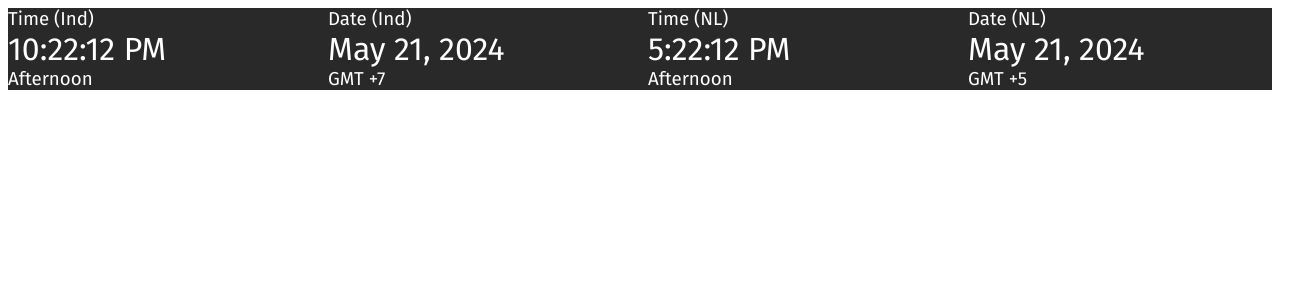
Repository: SnakeXrnt/notion-clock
Page: index.html
These files come from the project's save history. The page is drawn as it stood at one moment and after the next save; the edit follows.
The browser window is 1280 px wide. The page is 1288 px wide, then 1300 px, so the pictures cover 1300 px, including what lies to the right of the window. The pictures show the whole page.

Above is the page before, as saved 2024-05-21 15:34:23.

### index.html
<!DOCTYPE html>
<html lang="en">
<head>
    <meta charset="UTF-8">
    <meta name="viewport" content="width=device-width, initial-scale=1.0">
    <title>Notion Dashboard VP</title>
    <link rel="preconnect" href="https://fonts.googleapis.com">
    <link rel="preconnect" href="https://fonts.gstatic.com" crossorigin>
    <link href="https://fonts.googleapis.com/css2?family=Fira+Sans:ital,wght@0,100;0,200;0,300;0,400;0,500;0,600;0,700;0,800;0,900;1,100;1,200;1,300;1,400;1,500;1,600;1,700;1,800;1,900&display=swap" rel="stylesheet">
    <link rel="stylesheet" href="style.css">
    <script src="script.js" defer></script>
</head>
<body>
    <div class="main">
        <div class="time">
            <div class="indonesia">
                <div class="left">
                    <h3>Time (Ind)</h3>
                    <h1 class="time-now-ind">time-now-idn</h1>
                    <h3 class="status-ind">status-ind</h3>
                </div>
                <div class="right">
                    <h3>Date (Ind)</h3>
                    <h1 class="date-now-ind">date-now-idn</h1>
                    <h3>GMT +7</h3>

                </div>
            </div>
            <div class="netherlands">
                <div class="left">
                    <h3>Time (NL)</h3>
                    <h1 class="time-now-nl">time-now-nl</h1>
                    <h3 class="status-nl">
                        status-nl
                    </h3>
                </div>
                <div class="right">
                    <h3>Date (NL)</h3>
                    <h1 class="date-now-nl">date-now-nl</h1>
                    <h3>GMT +5</h3>

                </div>
            </div>

        </div>
        <div id="weather-info">
            <!-- Weather forecast will be displayed here -->
        </div>
    </div>
</body>
</html>

### style.css
.main {
    display: flex;
    flex-direction: column;
    background-color: rgb(42, 41, 41);
    border: ;
}

.time {
    display: flex;
    width: 100%;
    justify-content: space-evenly;
}

.time .left, .right {
    width: 25vw;
    height: max-content;
    justify-content: space-evenly;

}

.time .indonesia, .netherlands {
    display: flex;
}



.time h1, h2, h3 {
    margin: 0px;
    font-family: "Fira Sans", sans-serif;
    font-weight: 400;
    font-style: normal;
    color: white;
}

body {
    overflow-x: hidden;
}

### script.js
document.addEventListener("DOMContentLoaded", function() {
    function getStatus(time) {
        let status = '';
        const hour = time.getHours();

        if (hour >= 5 && hour < 7) {
            status = 'Dawn';
        } else if (hour >= 7 && hour < 12) {
            status = 'Morning';
        } else if (hour >= 12 && hour < 15) {
            status = 'Mid-day';
        } else if (hour >= 15 && hour < 18) {
            status = 'Afternoon';
        } else if (hour >= 18 && hour < 21) {
            status = 'Evening';
        } else {
            status = 'Mid-night';
        }

        return status;
    }

    function updateTimeAndDate(countryCode, timeElementClass, dateElementClass, statusElementClass) {
        const now = new Date();
        const options = { timeZone: countryCode };
        const timeElement = document.querySelector('.' + timeElementClass);
        const dateElement = document.querySelector('.' + dateElementClass);
        const statusElement = document.querySelector('.' + statusElementClass);

        timeElement.textContent = now.toLocaleTimeString('en-US', options);
        dateElement.textContent = now.toLocaleDateString('en-US', {
            month: 'long',
            day: 'numeric',
            year: 'numeric'
        }, options);

        const status = getStatus(now);
        statusElement.textContent = status;
    }

    function updateEverySecond() {
        // Update time, date, and status for Indonesia
        updateTimeAndDate('Asia/Jakarta', 'time-now-ind', 'date-now-ind', 'status-ind');

        // Update time, date, and status for Netherlands
        updateTimeAndDate('Europe/Amsterdam', 'time-now-nl', 'date-now-nl', 'status-nl');
    }

    // Update every second
    setInterval(updateEverySecond, 1000);

    // Initial update
    updateEverySecond();
});

After the next save:
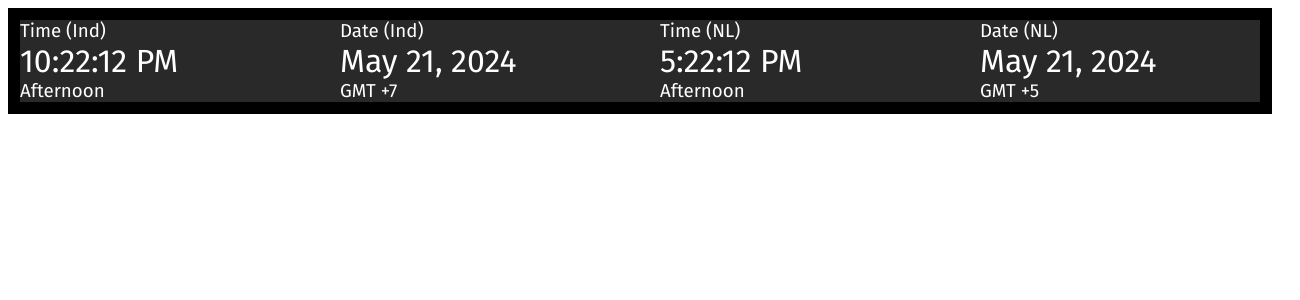
Saved 5 s later.
--- a/style.css
+++ b/style.css
@@ -2,7 +2,7 @@
     display: flex;
     flex-direction: column;
     background-color: rgb(42, 41, 41);
-    border: ;
+    border: 1vw solid ;
 }
 
 .time {
